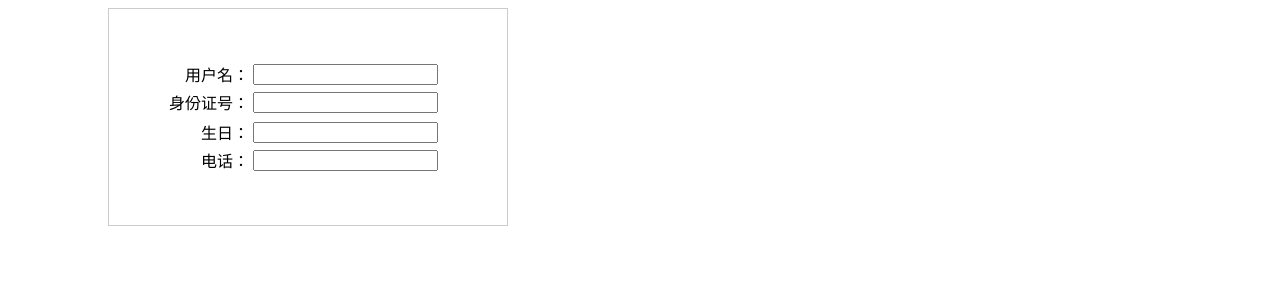
Repository: showmore/study
Page: http://localhost/MyWebProject/
The author's editor kept a copy of each file at every save. The page is drawn from the files as they stood at one save, then again after the next save.
The browser window is 1280 px wide. The pictures show the whole page.
The page is served by Tomcat 9. Other server files are loaded and not shown.

Above is the page before, as saved 2018-12-23 10:04:08.

### MyWebProject/WebContent/index.jsp
<%@ page language="java" contentType="text/html; charset=UTF-8"
    pageEncoding="UTF-8"%>
<!DOCTYPE html>
<html>
<head>
<meta charset="UTF-8">
<title>Insert title here</title>
</head>
<body>

	<table style="margin:0 100px; padding:50px; border: 1px #ccc solid; width:400px;">
		<tr>
		  <td style="text-align:right;">用户名：</td>
		  <td style="text-align:left;"><input type="text" name="username" /></td>
		</tr>
		<tr>
		  <td style="text-align:right;">身份证号：</td>
		  <td style="text-align:left;"><input type="text" name="identity" /></td>
		</tr>
		<tr>
		<tr>
		  <td style="text-align:right;">生日：</td>
		  <td style="text-align:left;"><input type="text" name="birthday" /></td>
		</tr>
		<tr>
		  <td style="text-align:right;">电话：</td>
		  <td style="text-align:left;"><input type="text" name="phone" /></td>
		</tr>

	</table>


</body>
</html>

After the next save:
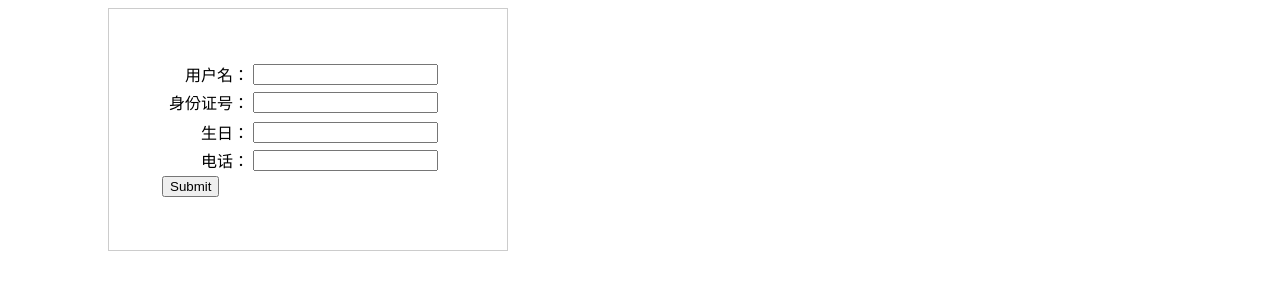
Saved 2 min 56 s later.
--- a/MyWebProject/WebContent/index.jsp
+++ b/MyWebProject/WebContent/index.jsp
@@ -27,6 +27,12 @@
 		  <td style="text-align:left;"><input type="text" name="phone" /></td>
 		</tr>
 
+		<tr>
+			<td colspan="2" style="text-align:left">
+				<input type="submit" name="phoneNo" />
+			</td>
+		</tr>
+
 	</table>
 
 
